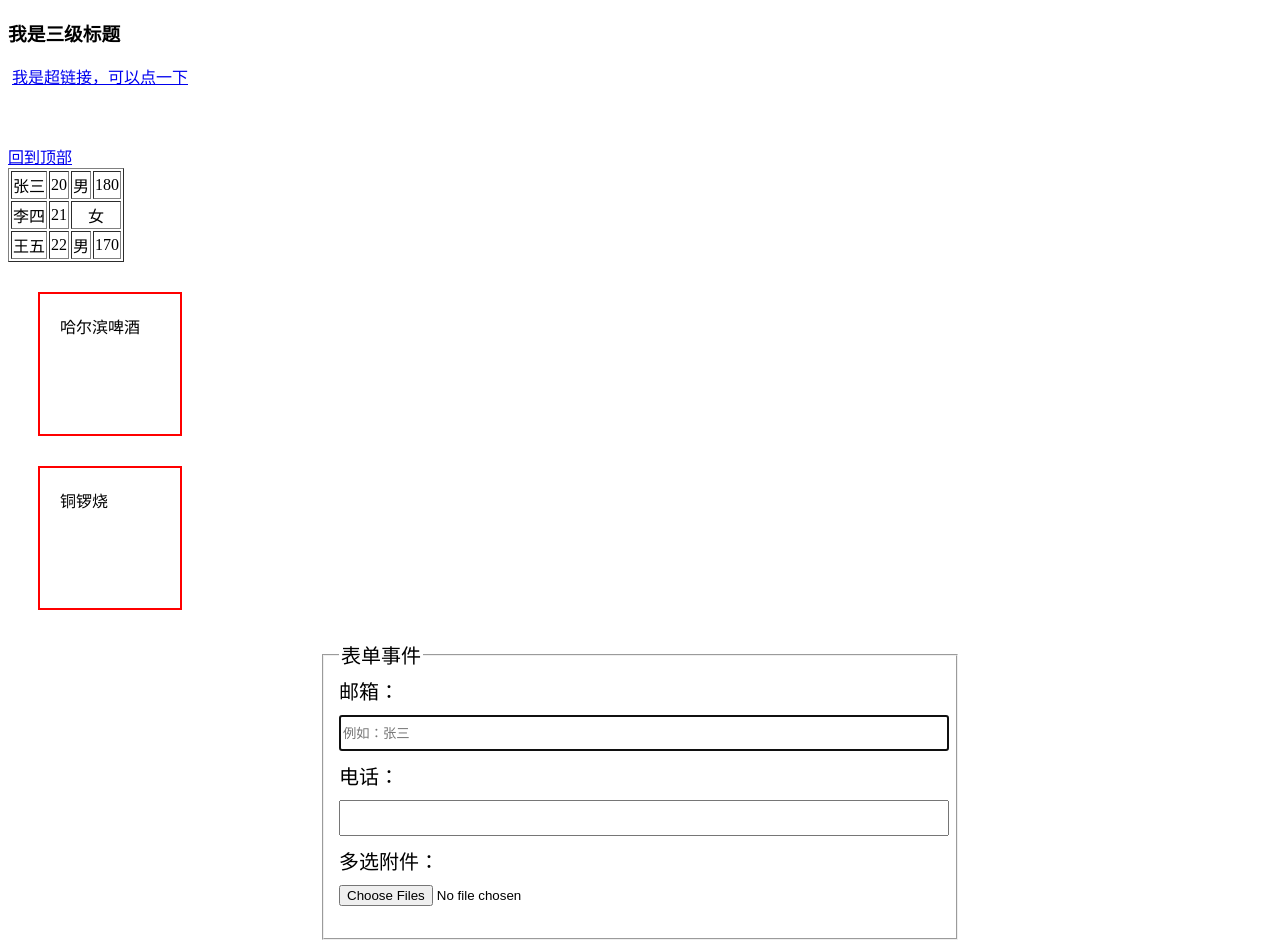
Repository: wyhzglgithub/mygitremote
Page: test.html
These files come from the project's save history. The page is drawn as it stood at one moment and after the next save; the edit follows.
The browser window is 1280 px wide. The pictures show the whole page.

Above is the page before, as saved 2021-10-11 13:48:52.

After the next save:
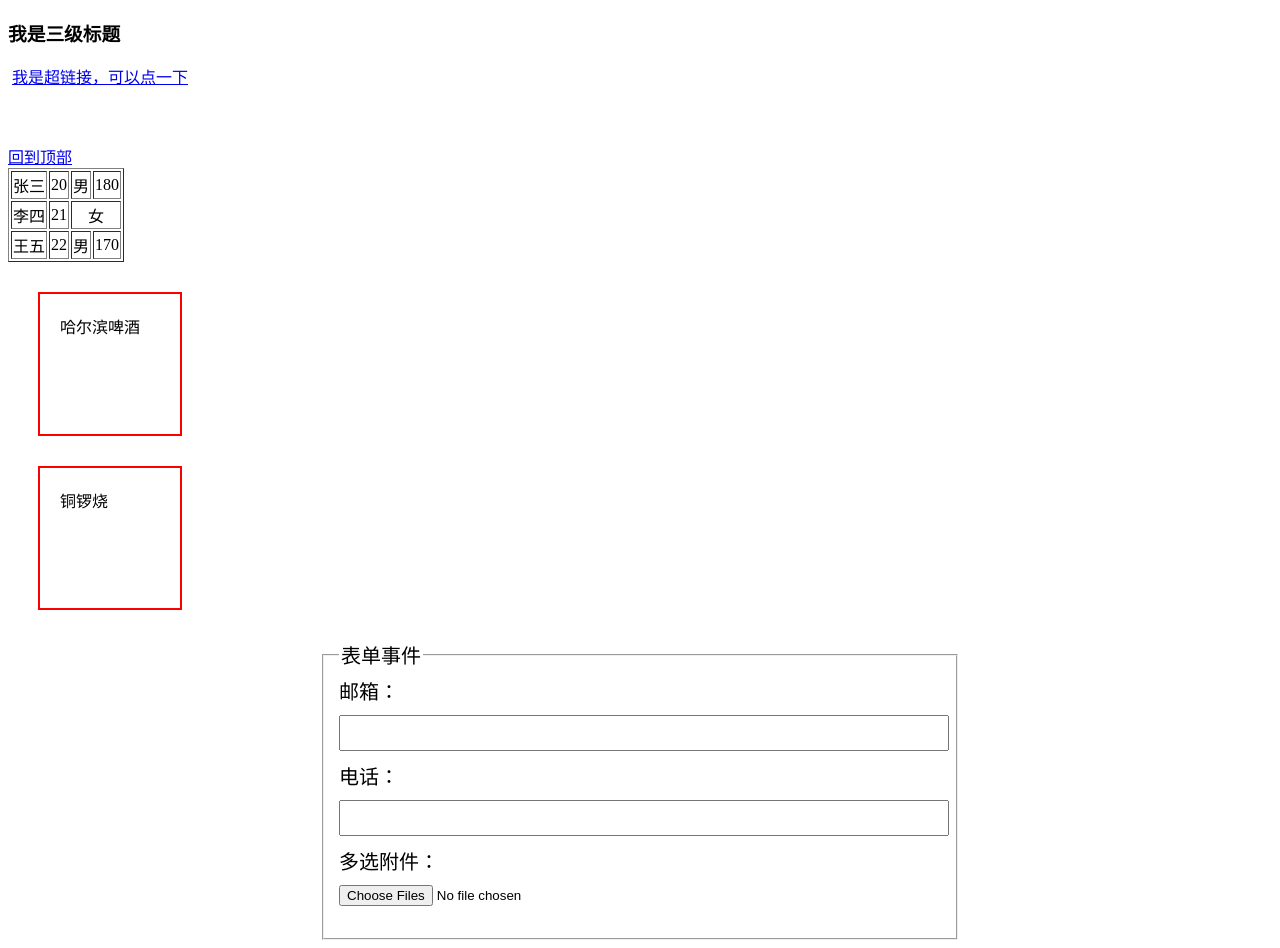
Saved 8 s later.
--- a/test.html
+++ b/test.html
@@ -69,7 +69,7 @@
         <fieldset>
             <legend>表单事件</legend>
             <label for="">
-                邮箱：<input type="email" placeholder="例如：张三" autofocus name="userName" autocomplete="on" required />
+                邮箱：<input type="email" name="userName" autocomplete="on" required />
             </label>
             <label for="">
                 电话：<input type="tel" pattern="1\d{10}" />
